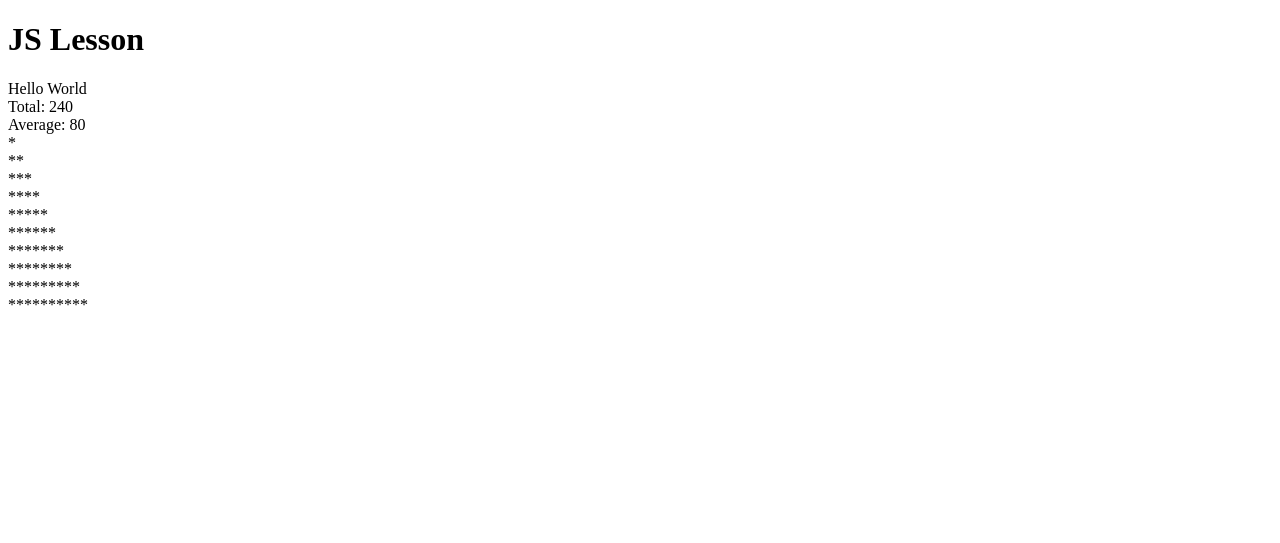
Repository: Haakim19/JavaScript
Page: index2.html
An editor plug-in stored every save of this project. The page is shown before and after the next save, followed by the edit.
The browser window is 1280 px wide. The pictures show the whole page.

Above is the page before, as saved 2024-11-06 15:28:16.

### index2.html
<!DOCTYPE html>
<html lang="en">
<head>
    <meta charset="UTF-8">
    <meta name="viewport" content="width=device-width, initial-scale=1.0">
    <title>JavaScript-lesson</title>
</head>
<body>
    <h1>JS Lesson</h1>
    <script>
        // alert('Hello World');
        console.log('Hello World');
        document.write('Hello World');
        var sub1 = 70;
        var sub2 = 80;
        var sub3 = 90;
        var total = sub1 + sub2 + sub3;
        var avg = total / 3;
        document.write('<br>');
        document.write('Total: ' + total);
        document.write('<br>');
        document.write('Average: ' + avg);
        for (let i = 0; i < 11; i++) {
            for (let j = 0 ; j < i; j++){
                document.write('*');
            }
            document.write('<br>');

        }
    </script>
</body>
</html>

After the next save:
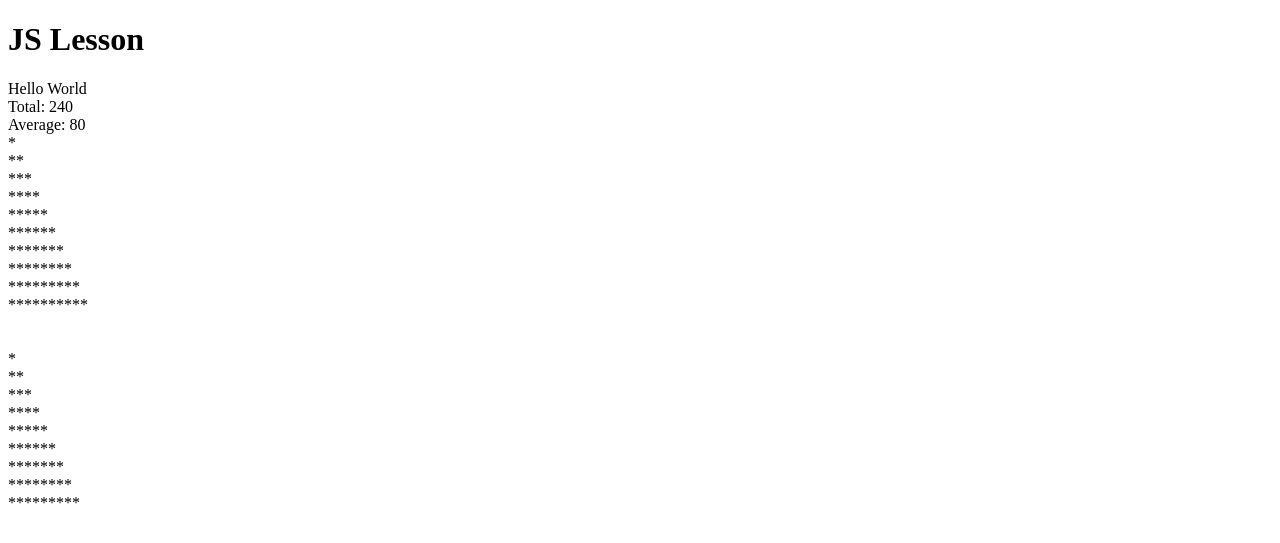
Saved 48 s later.
--- a/index2.html
+++ b/index2.html
@@ -25,7 +25,12 @@
                 document.write('*');
             }
             document.write('<br>');
-
+        }
+        for (let i = 11; i > 0; i--) {
+            for (let j = 10 ; j > i; j--){
+                document.write('*');
+            }
+            document.write('<br>');
         }
     </script>
 </body>

After the save that followed:
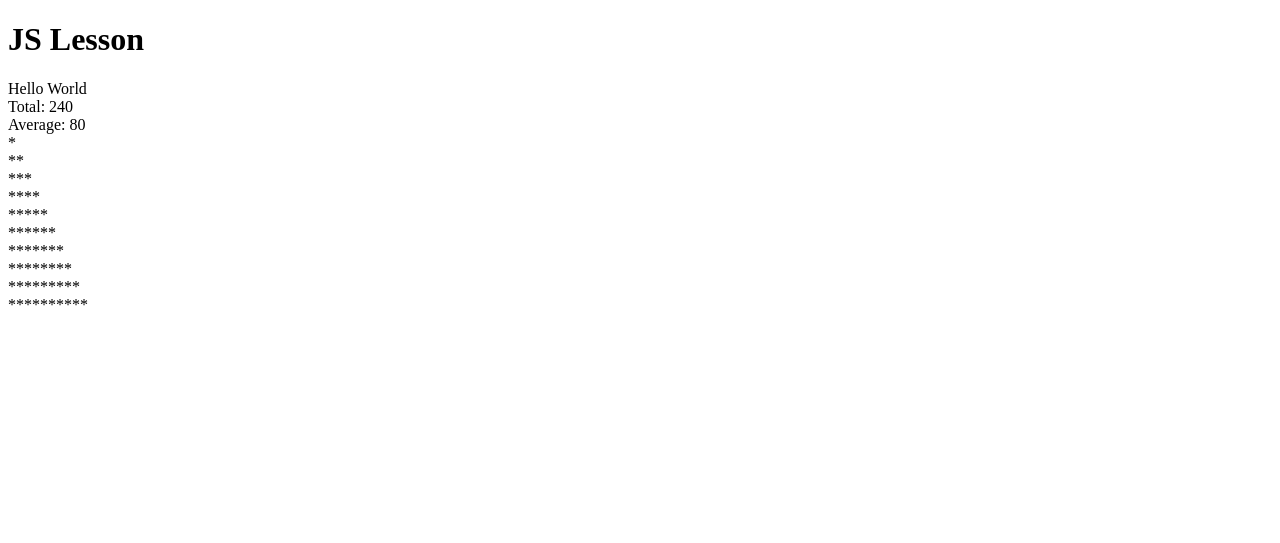
Saved 10 s later.
--- a/index2.html
+++ b/index2.html
@@ -27,7 +27,7 @@
             document.write('<br>');
         }
         for (let i = 11; i > 0; i--) {
-            for (let j = 10 ; j > i; j--){
+            for (let j = 0 ; j > i; j--){
                 document.write('*');
             }
             document.write('<br>');
